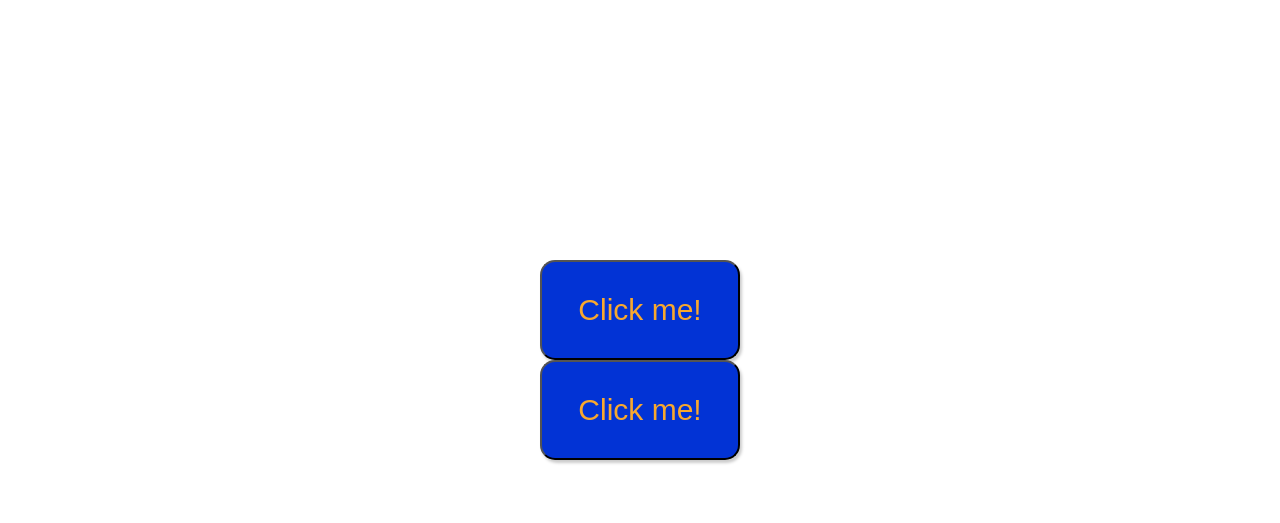
Repository: KrzysKolo/sr_tydzien4_zad5
Page: /
These files come from the project's save history. The page is drawn as it stood at one moment and after the next save; the edit follows.
The browser window is 1280 px wide. The pictures show the whole page.
The project was rebuilt for these pictures with package versions that can differ from the ones it lists, and the page was loaded fresh each time.

Above is the page before, as saved 2020-12-17 15:53:38.

After the next save:
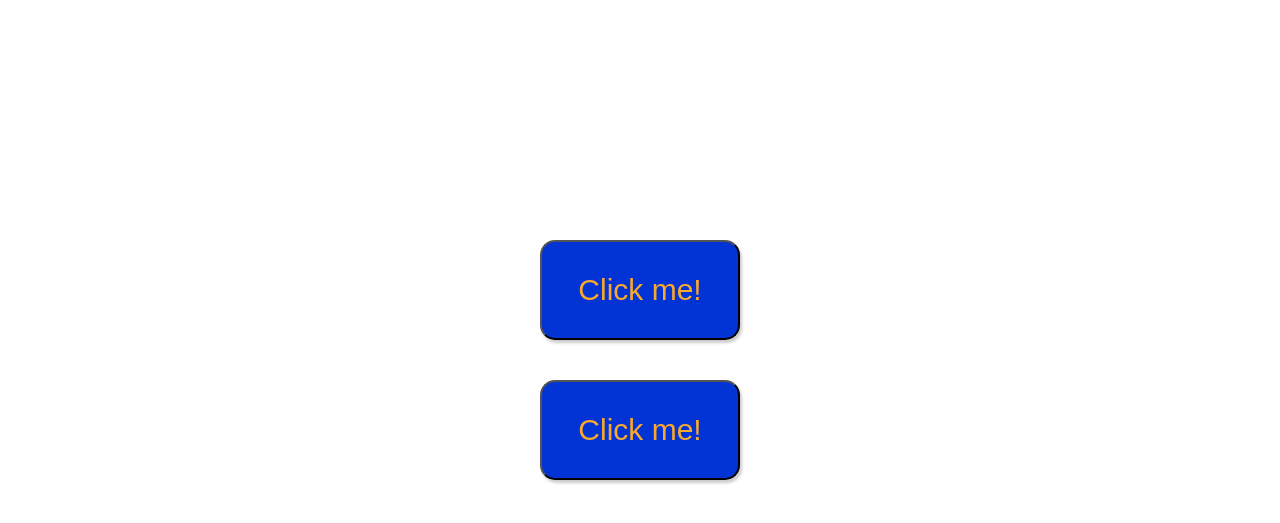
Saved 11 s later.
--- a/src/App.css
+++ b/src/App.css
@@ -18,6 +18,6 @@
   color: rgb(248, 168, 45);
   font-size: 30px;
   height: 100px;
-  padding: 20px 0;
+  margin: 20px 0;
   width: 200px;
 }
